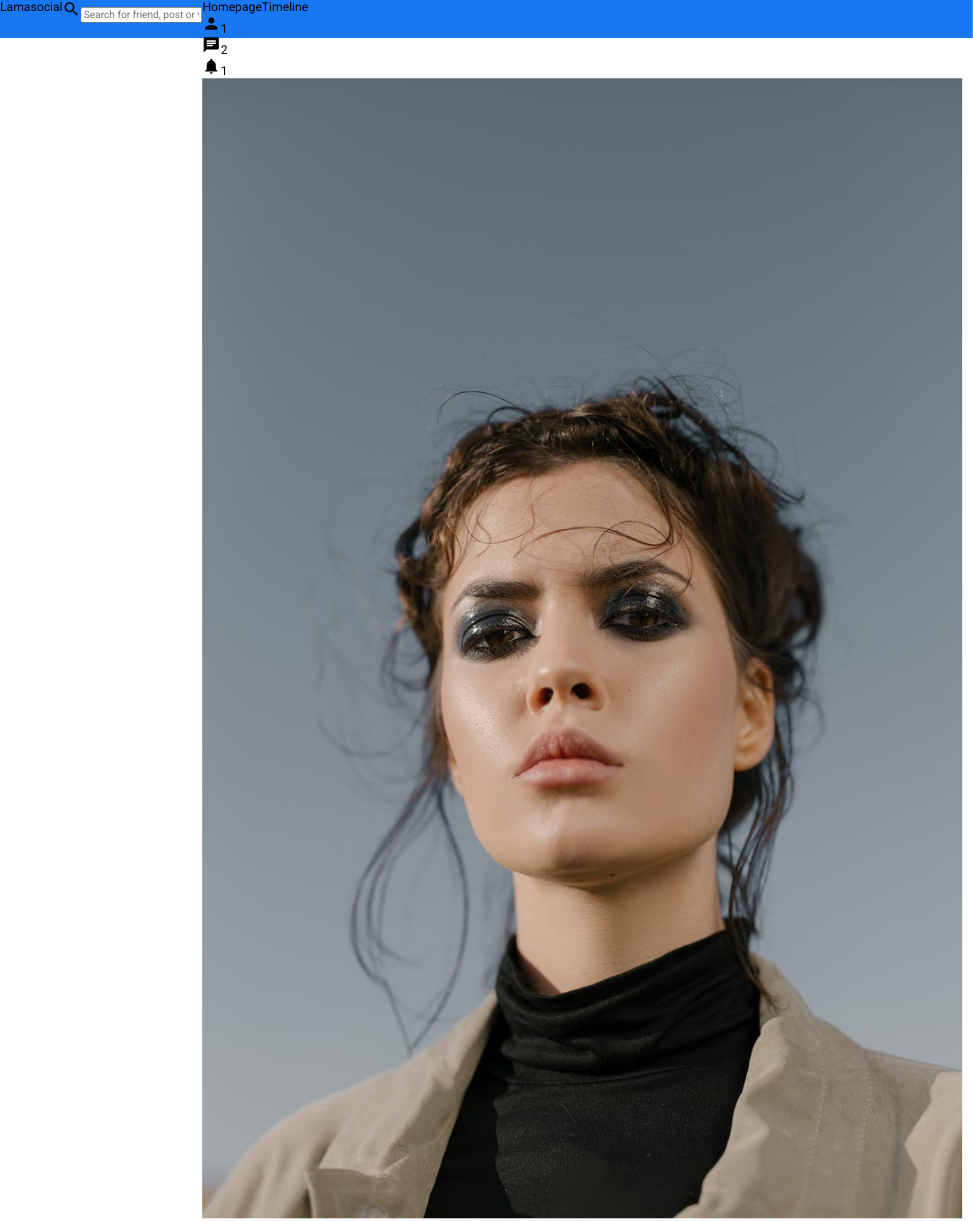
Repository: nazlinres01/react-social
Page: / (app in client/)
The author's editor kept a copy of each file at every save. The page is drawn from the files as they stood at one save, then again after the next save.
The browser window is 1280 px wide. The pictures show the whole page, at 76% of full size.
The project was rebuilt for these pictures with package versions that can differ from the ones it lists, and the page was loaded fresh each time.

Above is the page before, as saved 2024-06-07 21:25:46.

### client/public/index.html
<!DOCTYPE html>
<html lang="en">

<head>
  <meta charset="utf-8" />
  <meta name="viewport" content="width=device-width, initial-scale=1" />
  <meta name="description" content="Web site created using create-react-app" />
  <link
    href="https://fonts.googleapis.com/css2?family=Roboto:ital,wght@0,100;0,300;0,400;0,500;0,700;0,900;1,100;1,300;1,400;1,500;1,700;1,900&display=swap"
    rel="stylesheet">
    <link rel="stylesheet" href="style.css">
  <title>Social App</title>
</head>

<body>
  <noscript>You need to enable JavaScript to run this app.</noscript>
  <div id="root"></div>
</body>

</html>

### client/src/App.js
import Home from "./pages/home/Home";

function App() {
  return <Home />
}

export default App;

### client/src/pages/home/Home.js
import Topbar from "../../components/topbar/Topbar";

export default function Home() {
    return (
        <Topbar />
    )
}

### client/src/components/topbar/Topbar.jsx
import "./topbar.css"
import { Search, Person, Chat, Notifications } from "@material-ui/icons"

export default function Topbar() {
  return (
    <div className="topbarContainer">
      <div className="topbarLeft">
        <span className="logo">Lamasocial</span>
      </div>
      <div className="topbarCenter">
        <div className="searchbar">
          <Search />
          <input placeholder="Search for friend, post or video" className="searchInput" />
        </div>
      </div>
      <div className="topbarRight">
        <div className="topbarLinks">
          <span className="topbarLink">Homepage</span>
          <span className="topbarLink">Timeline</span>
        </div>
        <div className="topbarIcons">
          <div className="topbarIconItem">
            <Person />
            <span className="topbarIconBadge">1</span>
          </div>
          <div className="topbarIconItem">
            <Chat />
            <span className="topbarIconBadge">2</span>
          </div>
          <div className="topbarIconItem">
            <Notifications />
            <span className="topbarIconBadge">1</span>
          </div>
        </div>
        <img src="/assets/person/1.jpeg" alt="" className="topbarImg" />
      </div>

    </div>
  )
}

### client/src/components/topbar/topbar.css
.topbarContainer {
    height: 50px;
    width: 100%;
    background-color: #1877f2;
    display: flex;

}

Loaded but not shown: client/src/index.js (common file); client/public/style.css (common file)

After the next save:
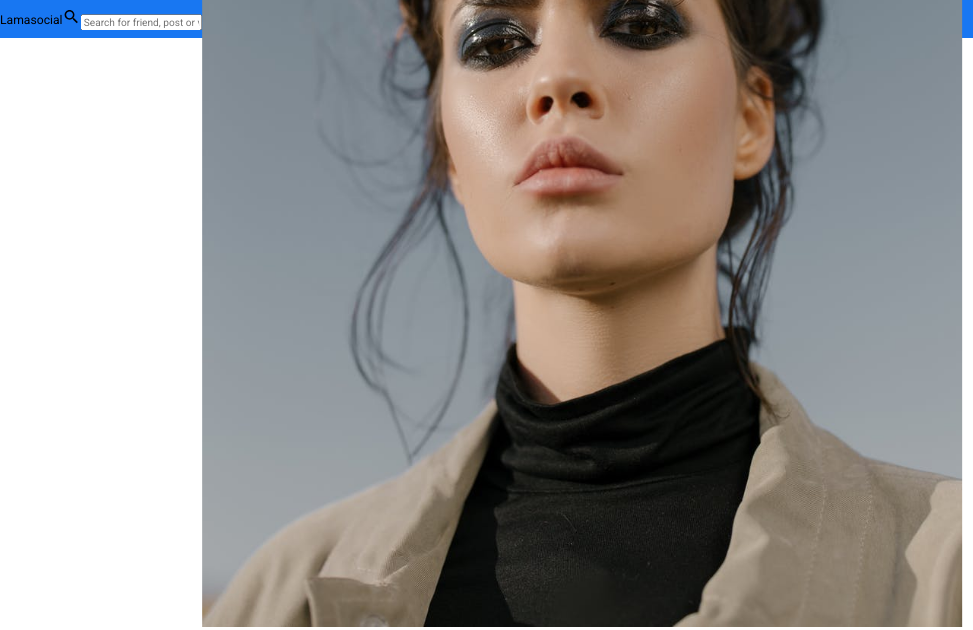
Saved 72 s later.
--- a/client/src/components/topbar/topbar.css
+++ b/client/src/components/topbar/topbar.css
@@ -3,5 +3,8 @@
     width: 100%;
     background-color: #1877f2;
     display: flex;
+    align-items: center;
+    position: sticky;
+    top: 0;
 
 }
